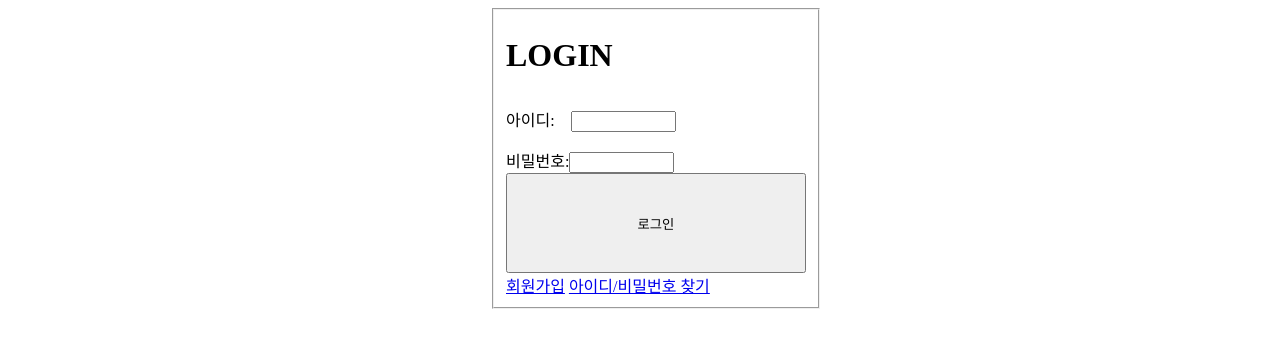
Repository: to-flatwhite1/JSP
Page: http://localhost/JSP/next.jsp
The author's editor kept a copy of each file at every save. The page is drawn from the files as they stood at one save, then again after the next save.
The browser window is 1280 px wide. The pictures show the whole page.
The page is served by Tomcat 9.

Above is the page before, as saved 2024-05-17 09:42:03.

### portfolio-master/JSP/src/main/webapp/next.jsp
<%@ page language="java" contentType="text/html; charset=EUC-KR"
    pageEncoding="EUC-KR"%>
<!DOCTYPE html>
<html>
<head>
<meta charset="EUC-KR">
<title>산책어때:로그인</title>
<style>
	#container{
		width:300px;
		margin:0 auto;
	}
	#user_id{
		margin:16px;
	}
	#submit{
		width:300px;
		height:100px;
	}
</style>
</head>
<body>
	<div id="container">
	<form method="get" action="next.jsp">
	<fieldset>
	<h1>LOGIN</h1>
	아이디:<input type="text" id="user_id" size="10"><br>
	비밀번호:<input type="password" id="user_pw" size="10"><br>
	<div class=submit>
		<input type="submit" id="submit" value="로그인"><br>
	</div>
	<a href="next2.jsp">회원가입</a>
	<a href="next3.jsp">아이디/비밀번호 찾기</a>
	</fieldset>
	</form>
	</div>

</body>
</html>

After the next save:
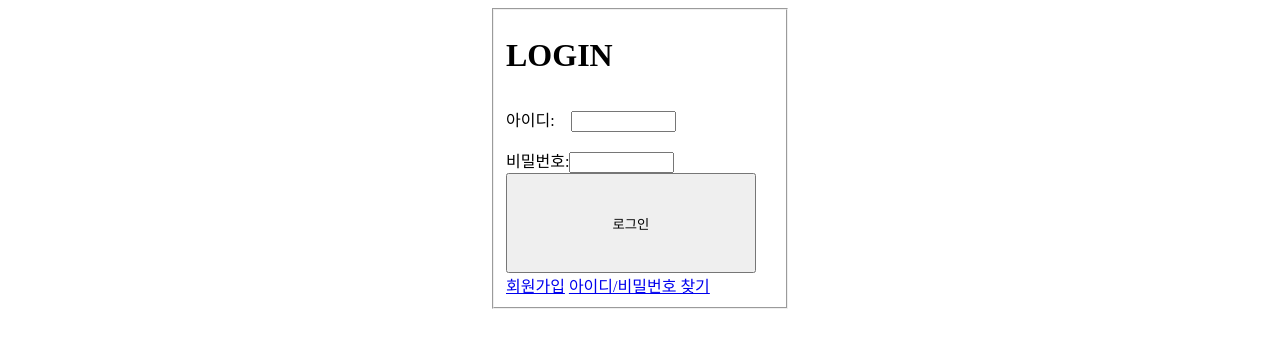
Saved 9 s later.
--- a/portfolio-master/JSP/src/main/webapp/next.jsp
+++ b/portfolio-master/JSP/src/main/webapp/next.jsp
@@ -14,7 +14,7 @@
 		margin:16px;
 	}
 	#submit{
-		width:300px;
+		width:250px;
 		height:100px;
 	}
 </style>
